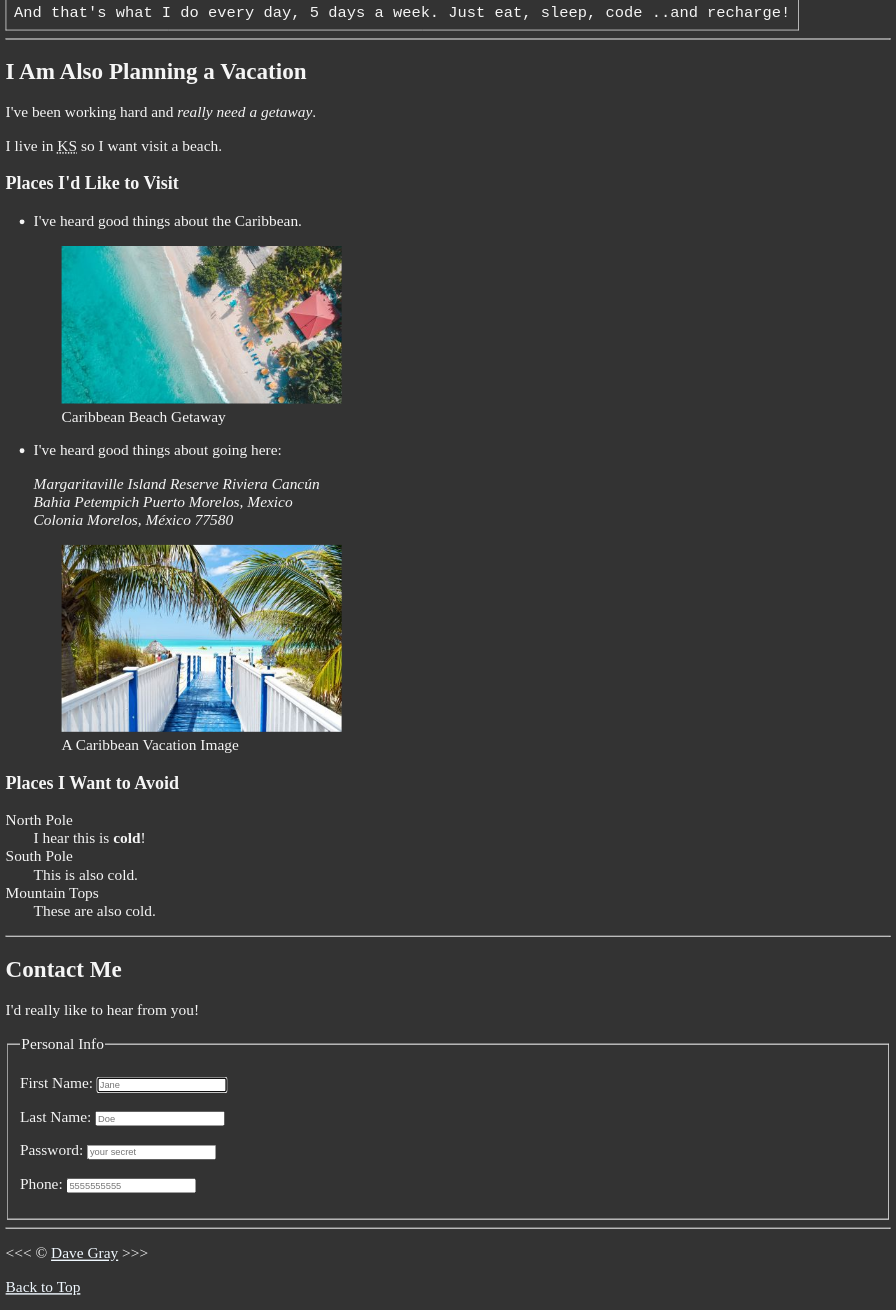
Repository: JavaProgrammerFromEastEurope/project-html-full-tutorial
Page: 09_lesson/index.html
The author's editor kept a copy of each file at every save. The page is drawn from the files as they stood at one save, then again after a run of saves.
The browser window is 1280 px wide. The pictures show the part of the page from y = 1439 to 3359 px (the page is 3311 px tall before and 3359 px after), at 70% of full size.

Above is the page before, as saved 2023-04-07 04:43:49.

After the next 6 saves:
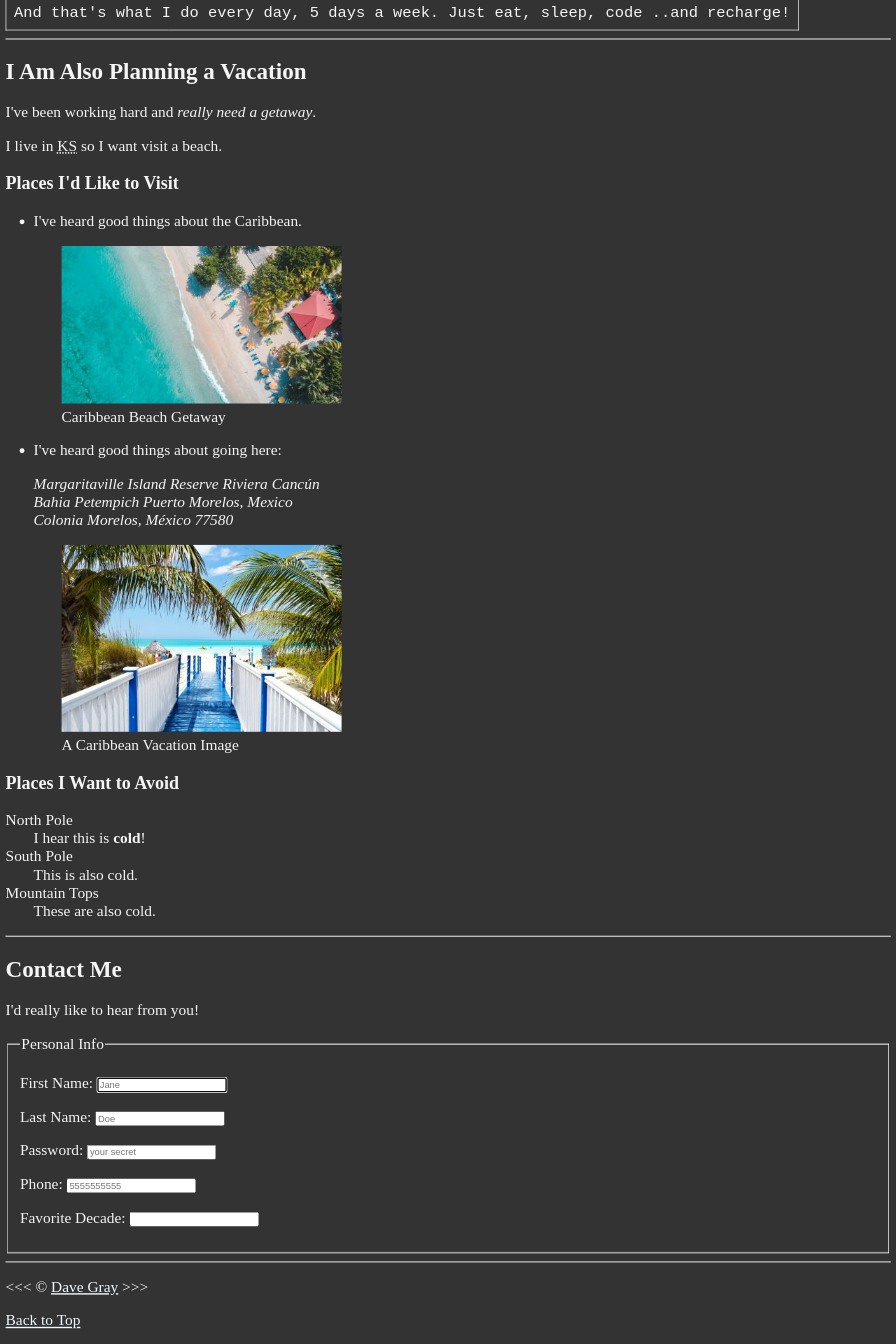
The 6 saves are shown as one change because they came seconds apart.
The last was saved 19 s later.
--- a/09_lesson/index.html
+++ b/09_lesson/index.html
@@ -228,7 +228,8 @@
 								<input type="tel" name="phone" id="phone" placeholder="5555555555" pattern="[0-9]{3}[0-9]{3}[0-9]{4}" required>
 							</p>
 							<p>
-								<label for="decade"></label>
+								<label for="decade">Favorite Decade:</label>
+								<input type="text" class="number">
 							</p>
             </p>
           </fieldset>
